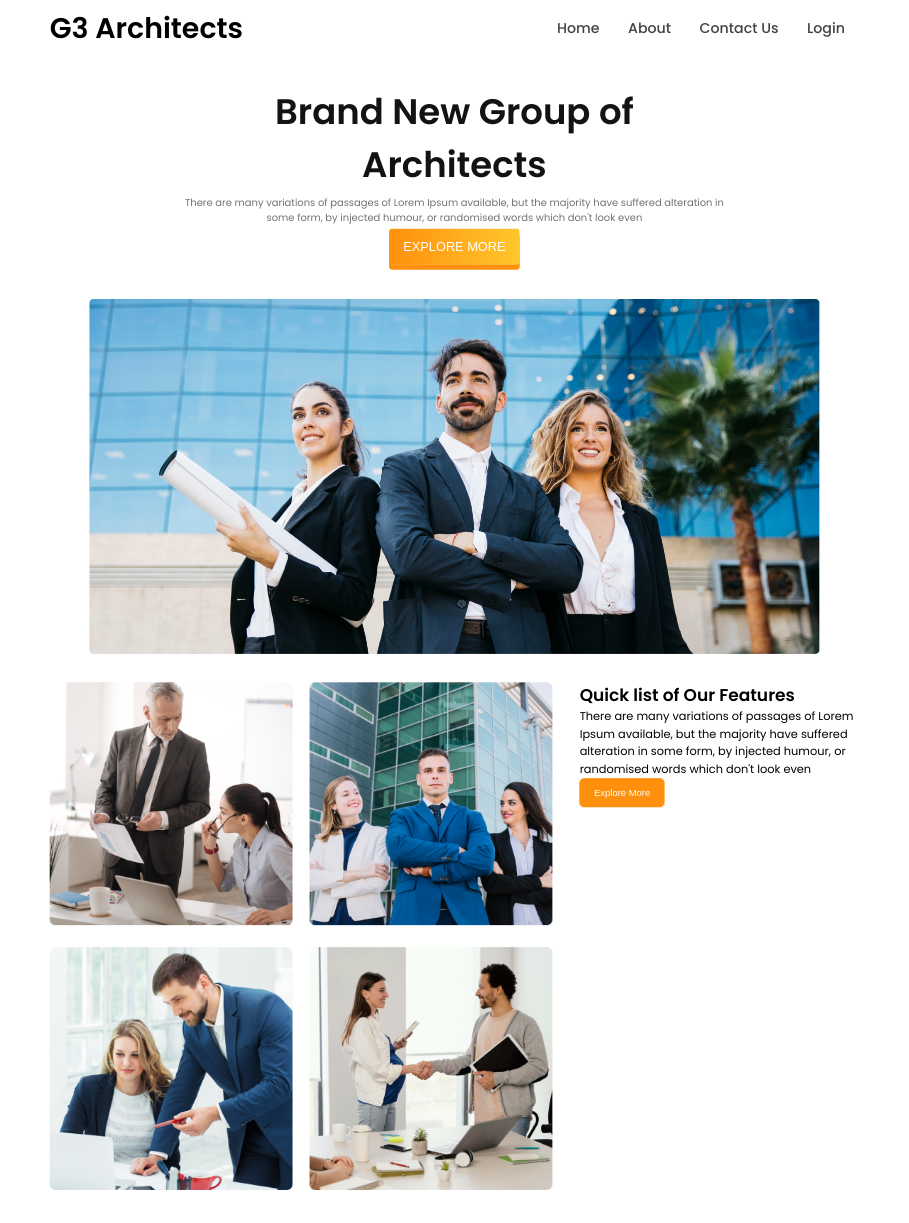
Repository: mdrubel02/G3_Architects
Page: index.html
An editor plug-in stored every save of this project. The page is shown before and after the next save, followed by the edit.
The browser window is 1280 px wide. The pictures show the whole page, at 71% of full size.

Above is the page before, as saved 2023-01-14 23:59:03.

After the next save:
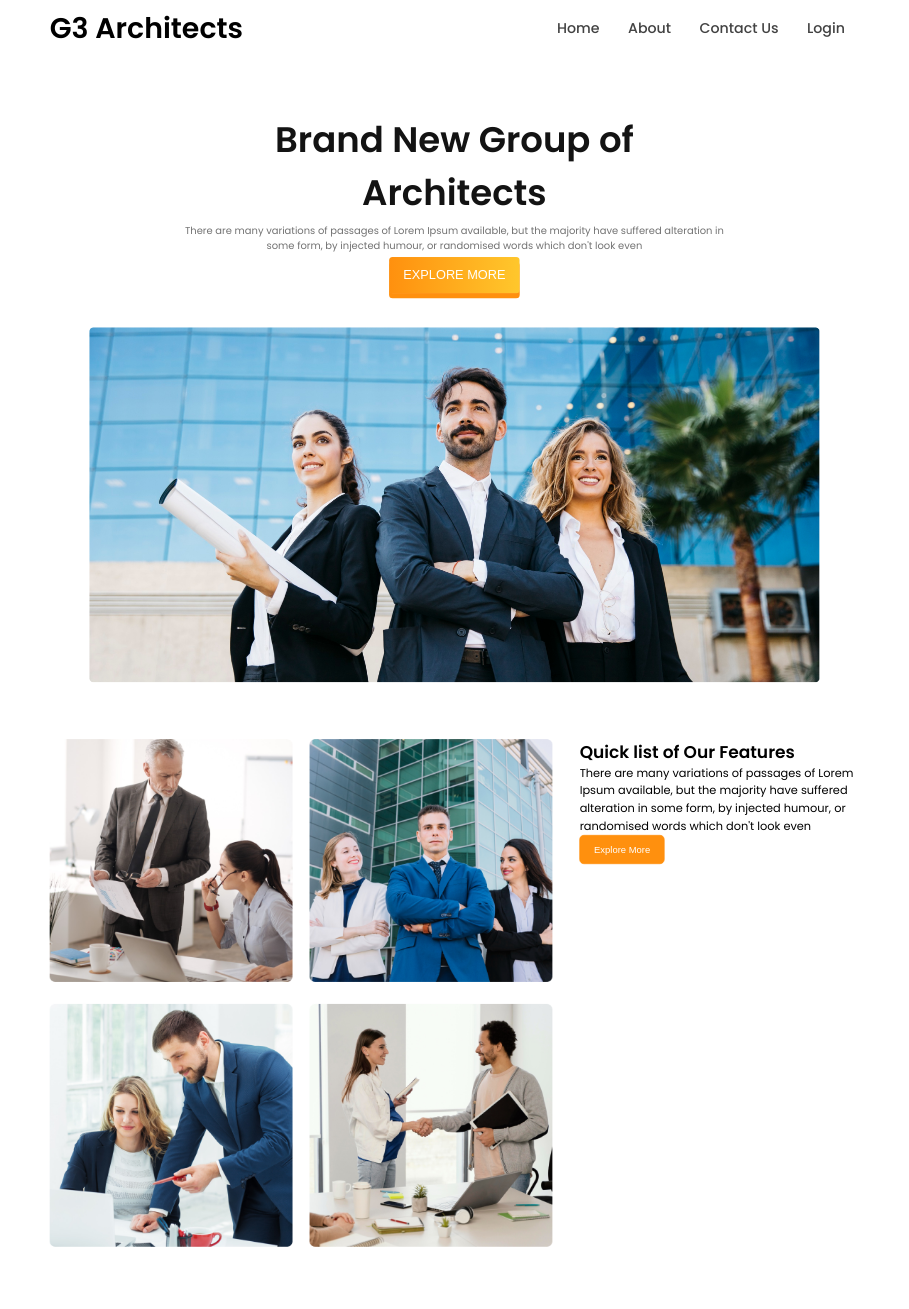
Saved 40 s later.
--- a/style.css
+++ b/style.css
@@ -18,7 +18,7 @@
     max-width: 1200px;
     margin: 0 auto;
     padding: 0 30px;
-    margin-bottom: 2.5rem;
+    margin-bottom: 5rem;
     box-sizing: border-box;
 }
 
